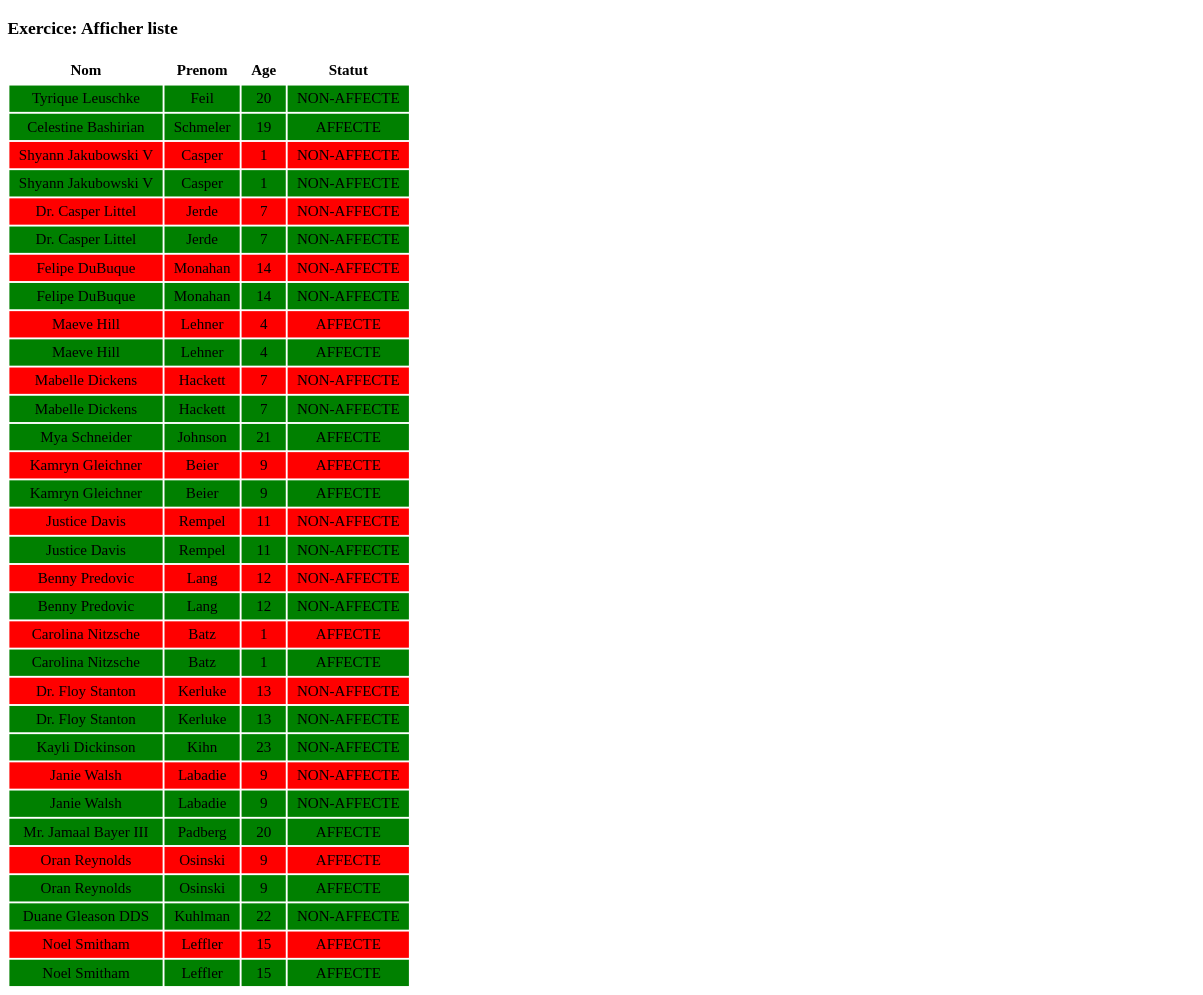
Repository: Bfabien99/PHPREPO
Page: http://localhost/
The author's editor kept a copy of each file at every save. The page is drawn from the files as they stood at one save, then again after a run of saves.
The browser window is 1280 px wide. The pictures show the whole page, at 94% of full size.
The page is run by PHP 8.4 with error messages shown; the project is at /var/www/html/.

Above is the page before, as saved 2021-12-10 10:51:00.

After the next 3 saves:
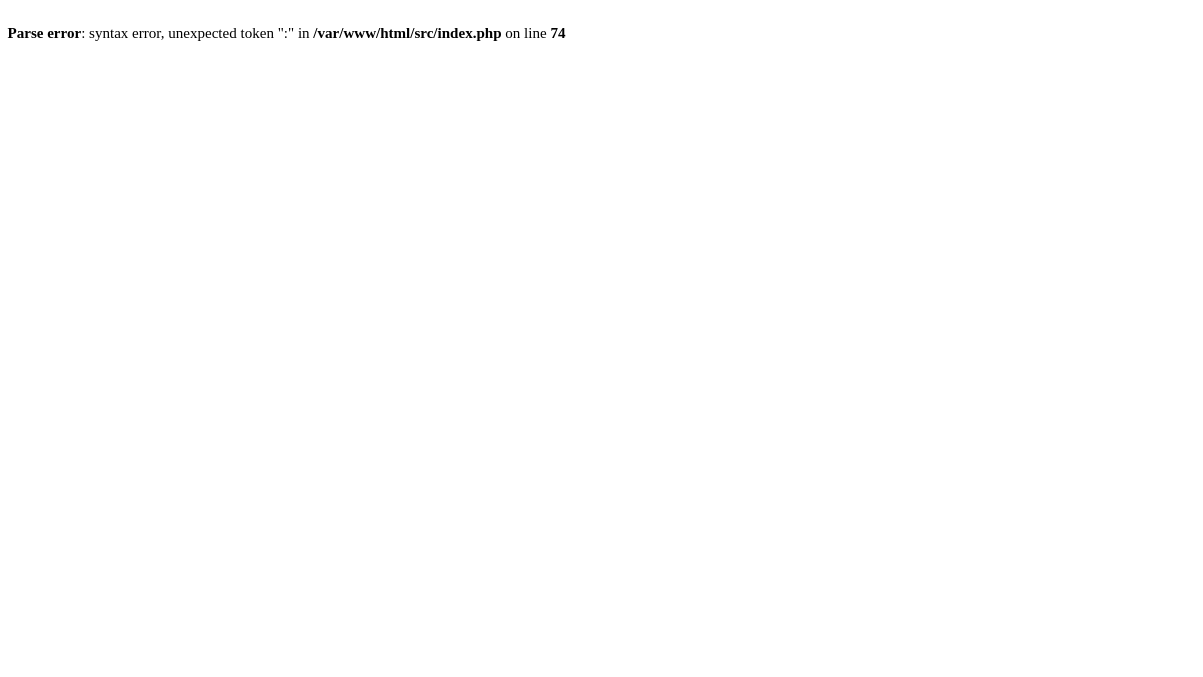
The 3 saves are shown as one change because they came seconds apart.
The last was saved 14 s later.
--- a/MakeFakeData/src/index.php
+++ b/MakeFakeData/src/index.php
@@ -71,7 +71,7 @@
                     <td class="red">'.$value["statut"].'</td>
                     </tr>';
 
-                case $age > 18 && $age < 25:
+                case ($age > 18 && $age < 25:
                     echo '<tr class="green"><td >'.$value["nom"].'</td>
                     <td >'.$value["prenom"].'</td>
                     <td >'.$value["age"].'</td>

After the save that followed:
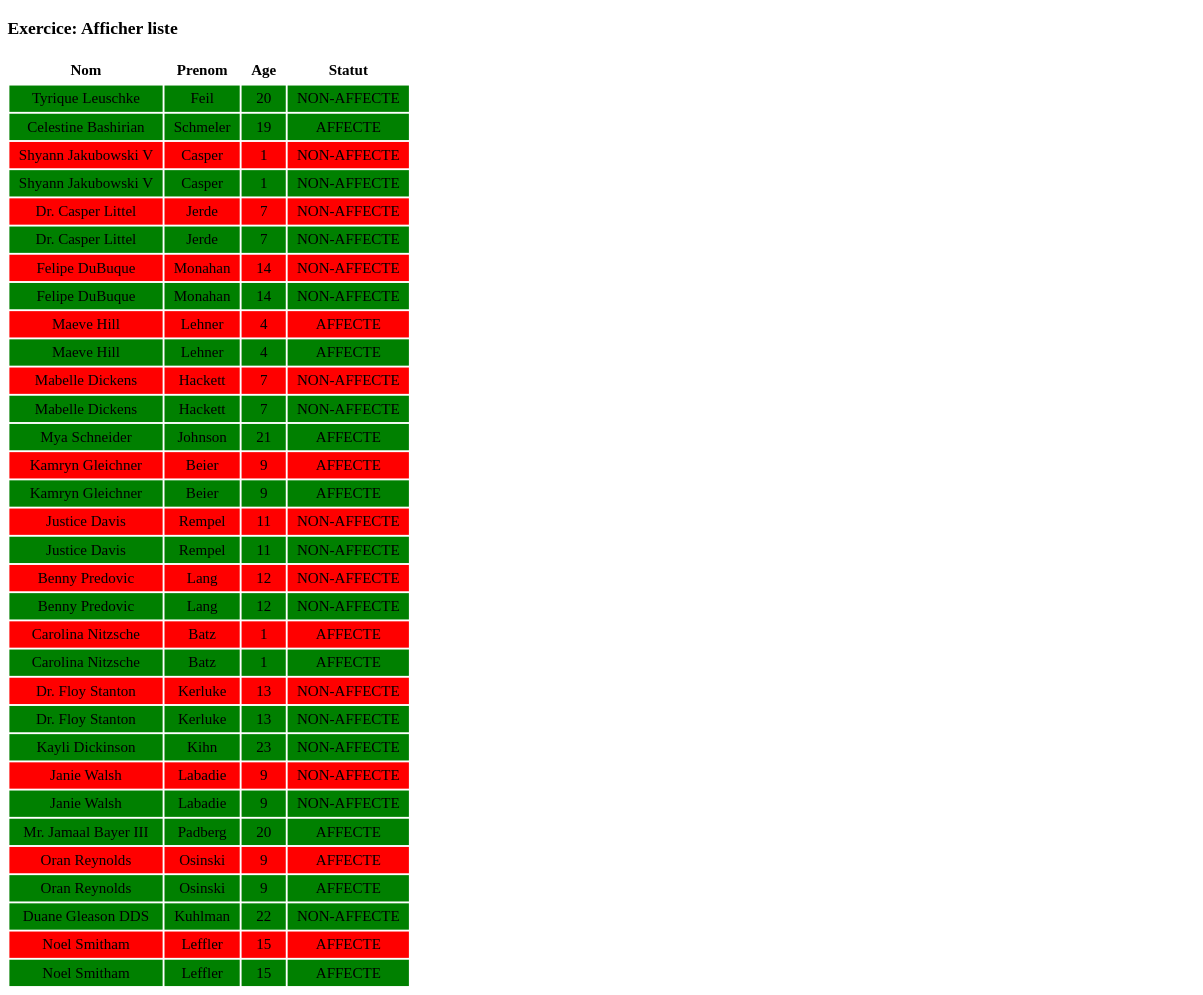
Saved 4 s later.
--- a/MakeFakeData/src/index.php
+++ b/MakeFakeData/src/index.php
@@ -71,7 +71,7 @@
                     <td class="red">'.$value["statut"].'</td>
                     </tr>';
 
-                case ($age > 18 && $age < 25:
+                case ($age > 18 && $age < 25):
                     echo '<tr class="green"><td >'.$value["nom"].'</td>
                     <td >'.$value["prenom"].'</td>
                     <td >'.$value["age"].'</td>
